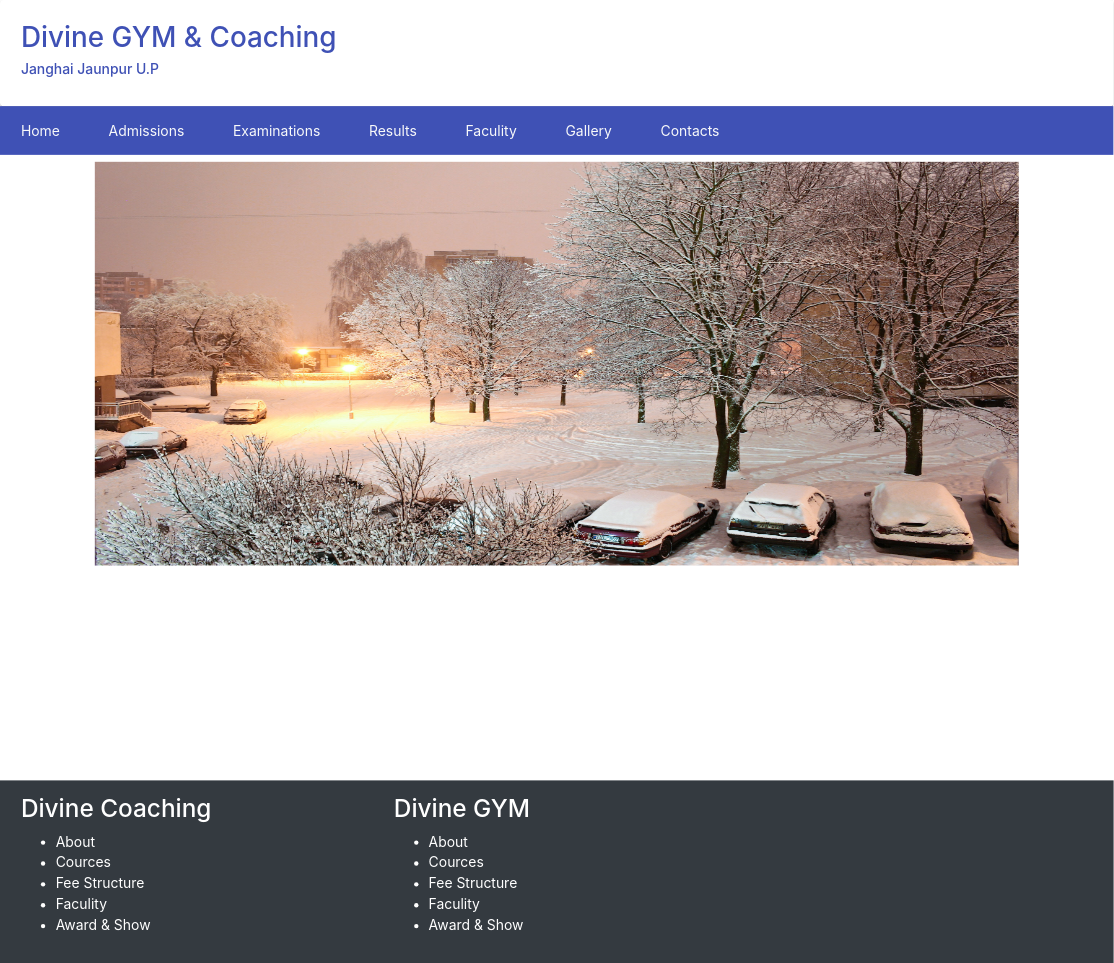
Repository: lalji-yadav/vikash-Coaching-frontend
Page: /gallery
These files come from the project's save history. The page is drawn as it stood at one moment and after the next save; the edit follows.
The browser window is 1280 px wide. The pictures show the whole page, at 87% of full size.
The project was rebuilt for these pictures with package versions that can differ from the ones it lists, and the page was loaded fresh each time. Also part of the build but not shown: src/index.css, src/home/home.js, src/component/admission/admission.js, src/component/examination/examination.js, src/component/results/result.js, src/component/faculity/faculity.js.

Above is the page before, as saved 2021-04-11 12:46:48.

After the next save:
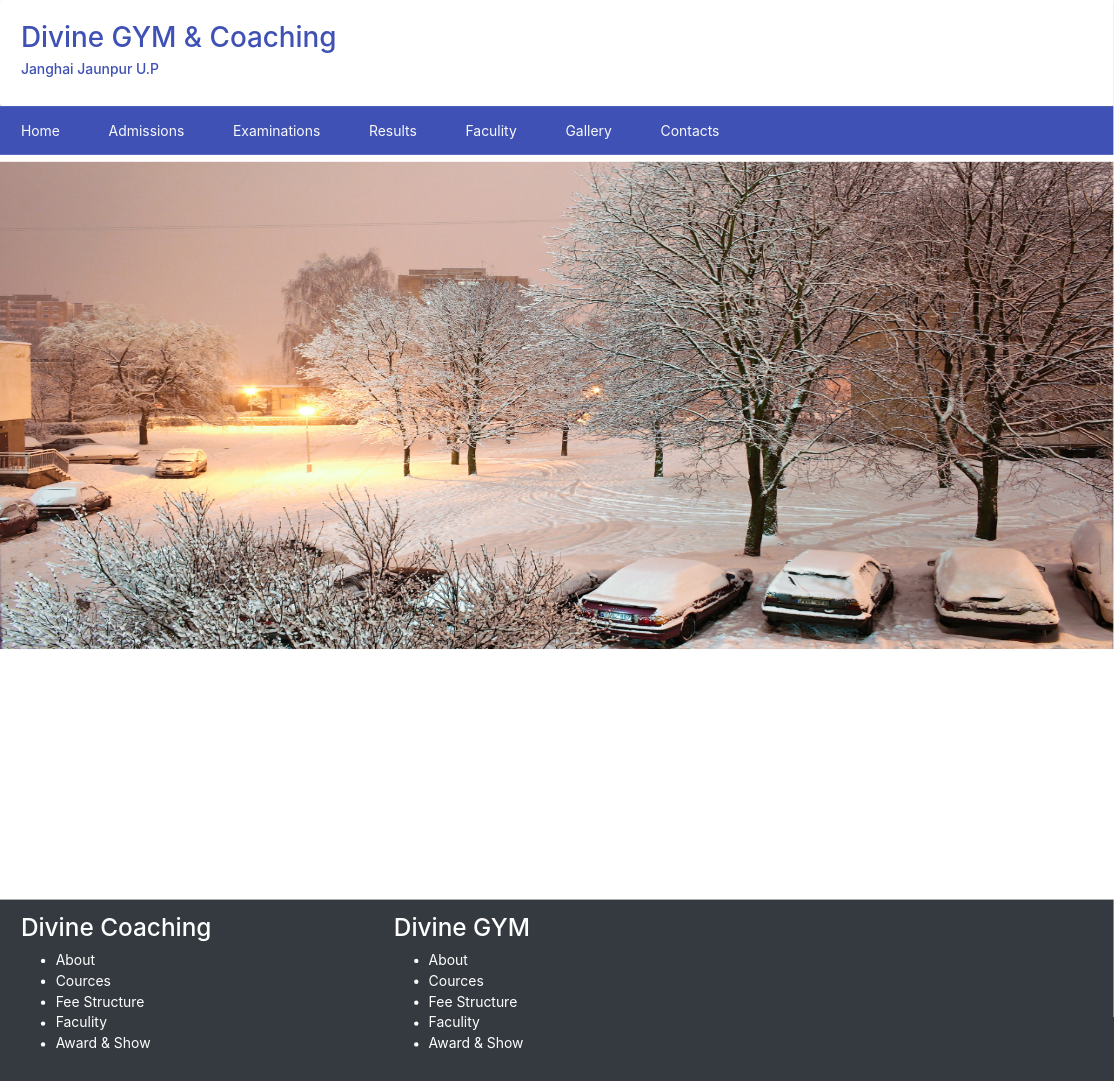
Saved 92 s later.
--- a/src/component/gallery/gallery.js
+++ b/src/component/gallery/gallery.js
@@ -6,7 +6,7 @@ class gallery extends Component {
         return (
             <div>
                 <div className="row">
-                    <div className="col-sm-10 offset-sm-1 mt-2">
+                    <div className="col-sm-12 mt-2">
                         <img style={{width:"100%", height:"70%"}}
                          src={process.env.PUBLIC_URL + '/image/gallery/Admin/0 (22) - Copy.jpg'} alt="" />
                     </div>
